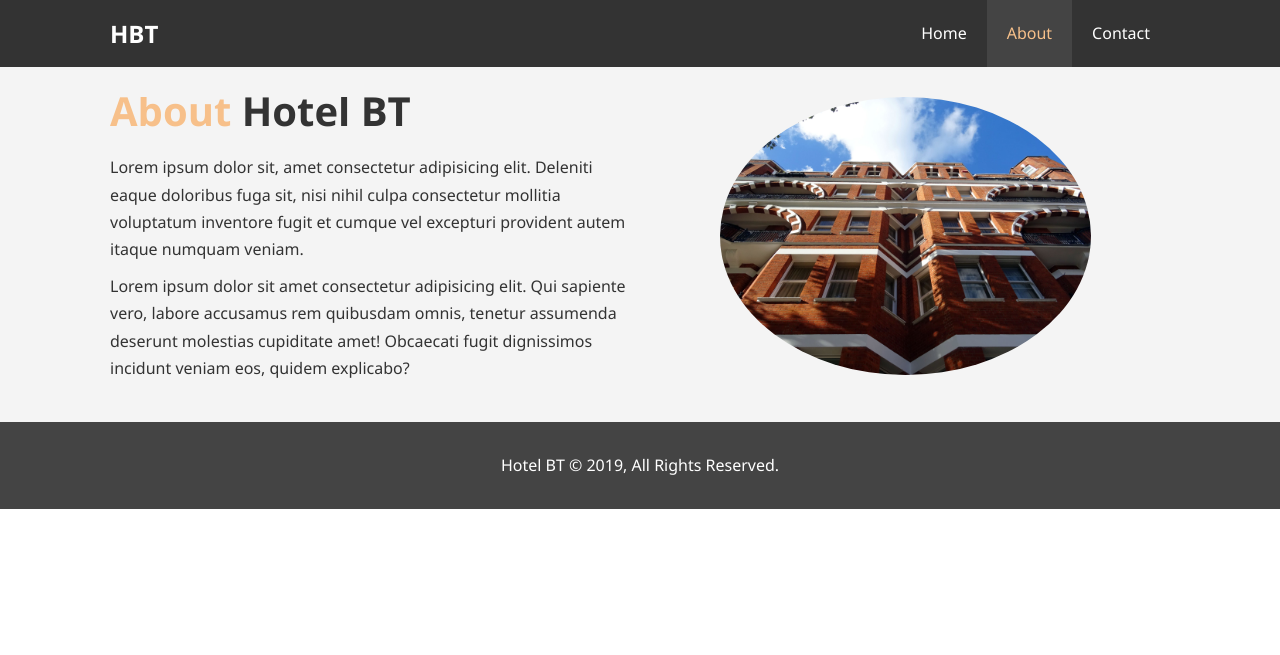
Repository: minhtien9/hotel-website
Page: about.html
The author's editor kept a copy of each file at every save. The page is drawn from the files as they stood at one save, then again after the next save.
The browser window is 1280 px wide. The pictures show the whole page.

Above is the page before, as saved 2021-08-14 18:23:01.

### about.html
<!DOCTYPE html>
<html lang="en">

<head>
    <meta charset="UTF-8" />
    <meta http-equiv="X-UA-Compatible" content="IE=edge" />
    <meta name="viewport" content="width=device-width, initial-scale=1.0" />
    <meta name="description" content="Welcome to the most extraordinary hotel in Boston Massachusetts" />
    <meta name="keywords" content="hotel, boston hotel, new england hotel" />

    <link rel="stylesheet" href="css/style.css" />
    <title>Hotel BT | About</title>
</head>

<body>
    <header>
        <nav id="navbar">
            <div class="container">
                <h1 class="logo">
                    <a href="index.html"></a> HBT</h1>
                <ul>
                    <li><a href="index.html">Home</a></li>
                    <li><a class="current" href="about.html">About</a></li>
                    <li><a href="contact.html">Contact</a></li>
                </ul>
            </div>
        </nav>
    </header>
    <section id="about-info" class="bg-light py-3">
        <div class="container">
            <div class="info-left">
                <h1 class="l-heading">
                    <span class="text-primary">About</span> Hotel BT
                </h1>
                <p>
                    Lorem ipsum dolor sit, amet consectetur adipisicing elit. Deleniti eaque doloribus fuga sit, nisi nihil culpa consectetur mollitia voluptatum inventore fugit et cumque vel excepturi provident autem itaque numquam veniam.
                </p>
                <p>
                    Lorem ipsum dolor sit amet consectetur adipisicing elit. Qui sapiente vero, labore accusamus rem quibusdam omnis, tenetur assumenda deserunt molestias cupiditate amet! Obcaecati fugit dignissimos incidunt veniam eos, quidem explicabo?
                </p>
            </div>
            <div class="info-right">
                <img src="./img/photo-2.jpg" alt="hotel" />
            </div>
        </div>
    </section>
    <div class="clr"></div>
    <footer id="main-footer">
        <p>Hotel BT &copy; 2019, All Rights Reserved.</p>
    </footer>
</body>

</html>

### css/style.css
/* Reset */

* {
    margin: 0;
    padding: 0;
    box-sizing: border-box;
}


/* Main Styling */

html,
body {
    font-family: 'Segoe UI', Tahoma, Geneva, Verdana, sans-serif;
    line-height: 1.7em;
}

a {
    color: #333;
    text-decoration: none;
}

h1,
h2,
h3 {
    padding-bottom: 20px;
}

p {
    margin: 10px 0;
}


/* Utility Classes */

.container {
    margin: auto;
    max-width: 1100px;
    overflow: auto;
    padding: 0 20px;
}

.text-primary {
    color: #f7c08a;
}

.lead {
    font-size: 20px;
}

.btn {
    display: inline-block;
    font-size: 18px;
    color: #fff;
    background: #333;
    padding: 13px 20px;
    border: none;
    cursor: pointer;
}

.btn:hover {
    background: #f7c08a;
    color: #333;
}

.btn-light {
    background: #f4f4f4;
    color: #333;
}

.bg-dark {
    background: #333;
    color: #fff;
}

.bg-light {
    background: #f4f4f4;
    color: #333;
}

.bg-primary {
    background: #f7c08a;
    color: #333;
}

.clr {
    clear: both;
}

.l-heading {
    font-size: 40px;
}


/* Padding */

.py-1 {
    padding: 10px 0;
}

.py-2 {
    padding: 20px 0;
}

.py-3 {
    padding: 30px 0;
}


/* Navbar */

#navbar {
    background: #333;
    color: #fff;
    overflow: auto;
}

#navbar a {
    color: #fff;
}

#navbar h1 {
    float: left;
    padding-top: 20px;
}

#navbar ul {
    list-style: none;
    float: right;
}

#navbar ul li {
    float: left;
}

#navbar ul li a {
    display: block;
    padding: 20px;
    text-align: center;
}

#navbar ul li a:hover,
#navbar ul li a.current {
    background: #444;
    color: #f7c08a;
}


/* Show case */

#showcase {
    background: url('../img/showcase.jpg') no-repeat center center/cover;
    height: 600px;
}

#showcase .showcase-content {
    color: #fff;
    text-align: center;
    padding-top: 170px;
}

#showcase .showcase-content h1 {
    font-size: 60px;
    line-height: 1.2em;
}

#showcase .showcase-content p {
    padding: bottom 20px;
    line-height: 1.7em;
}


/* Home info */

#home-info {
    height: 400px;
}

#home-info .info-img {
    float: left;
    width: 50%;
    background: url('../img/photo-1.jpg') no-repeat;
    min-height: 100%;
}

#home-info .info-content {
    float: right;
    width: 50%;
    height: 100%;
    text-align: center;
    padding: 50px 30px;
    overflow: hidden;
}

#home-info .info-content p {
    padding-bottom: 30px;
}


/* Features */

.box {
    float: left;
    width: 33.3%;
    padding: 50px;
    text-align: center;
}

.box i {
    margin-bottom: 10px;
}


/* About */

#about-info .info-right {
    float: right;
    width: 50%;
    min-height: 100%;
}

#about-info .info-right img {
    display: block;
    margin: auto;
    width: 70%;
    border-radius: 50%;
}

#about-info .info-left {
    float: left;
    width: 50%;
    min-height: 100%;
}


/* Footer */

#main-footer {
    text-align: center;
    background: #444;
    color: #fff;
    padding: 20px;
}

After the next save:
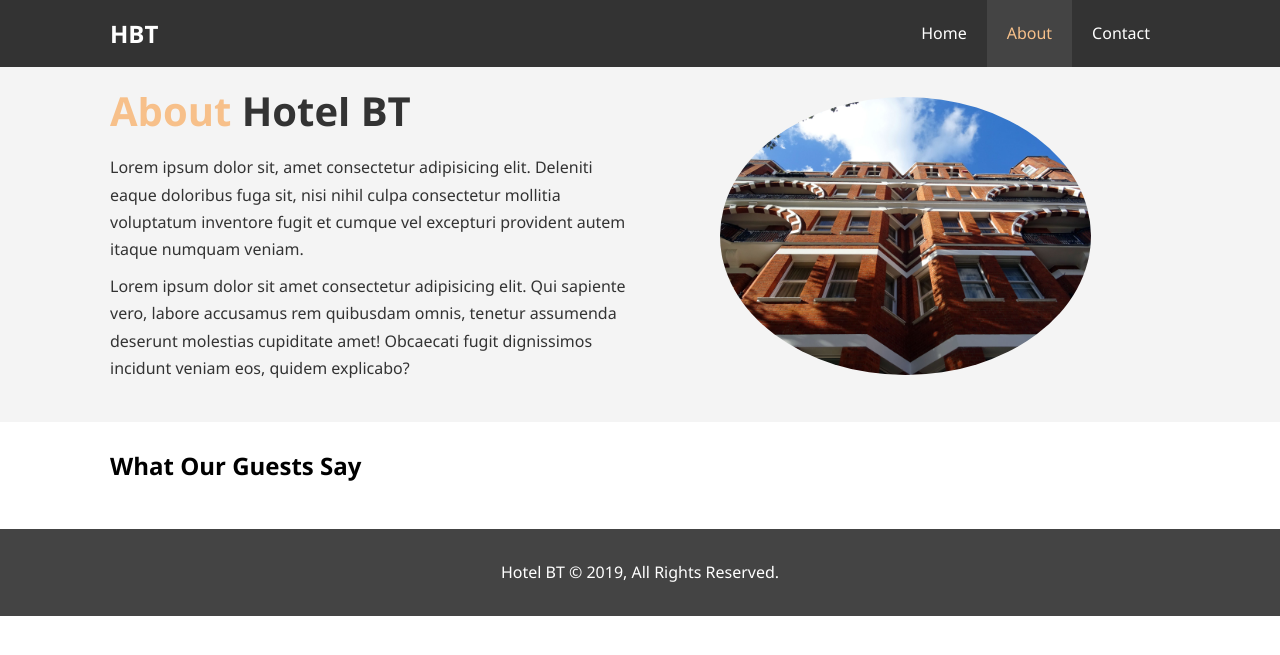
Saved 102 s later.
--- a/about.html
+++ b/about.html
@@ -45,6 +45,11 @@
         </div>
     </section>
     <div class="clr"></div>
+    <section id="testimonials" class="py-3">
+        <div class="container">
+            <h2 class="lheading">What Our Guests Say</h2>
+        </div>
+    </section>
     <footer id="main-footer">
         <p>Hotel BT &copy; 2019, All Rights Reserved.</p>
     </footer>
